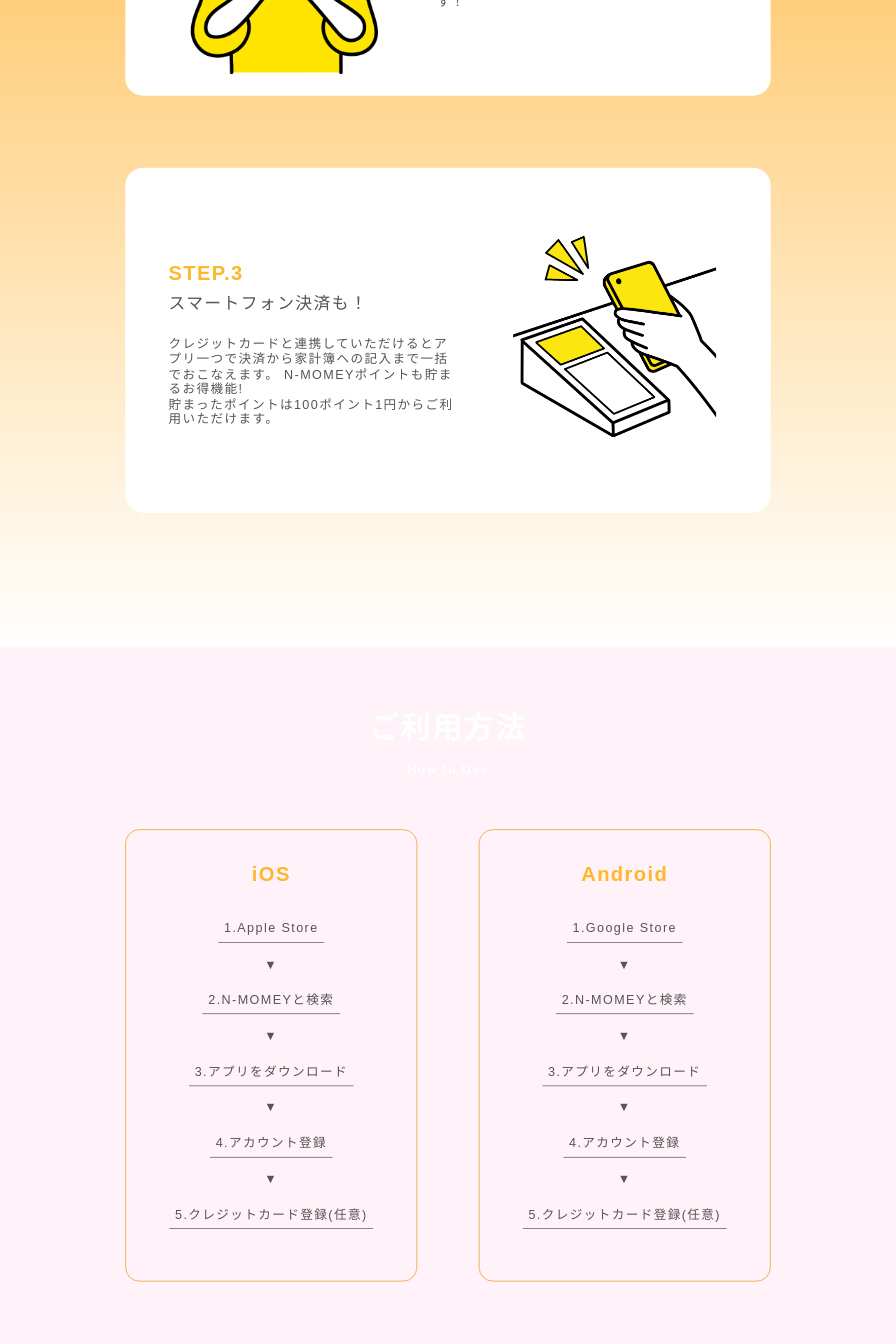
Repository: nozomi-23/lp2_test
Page: index.html
An editor plug-in stored every save of this project. The page is shown before and after the next save, followed by the edit.
The browser window is 1280 px wide. The pictures show the part of the page from y = 2254 to 4174 px (the page is 4174 px tall before and 4142 px after), at 70% of full size.
Some web fonts or font styles are not loaded; a fallback is used.

Above is the page before, as saved 2022-06-18 15:50:17.

After the next save:
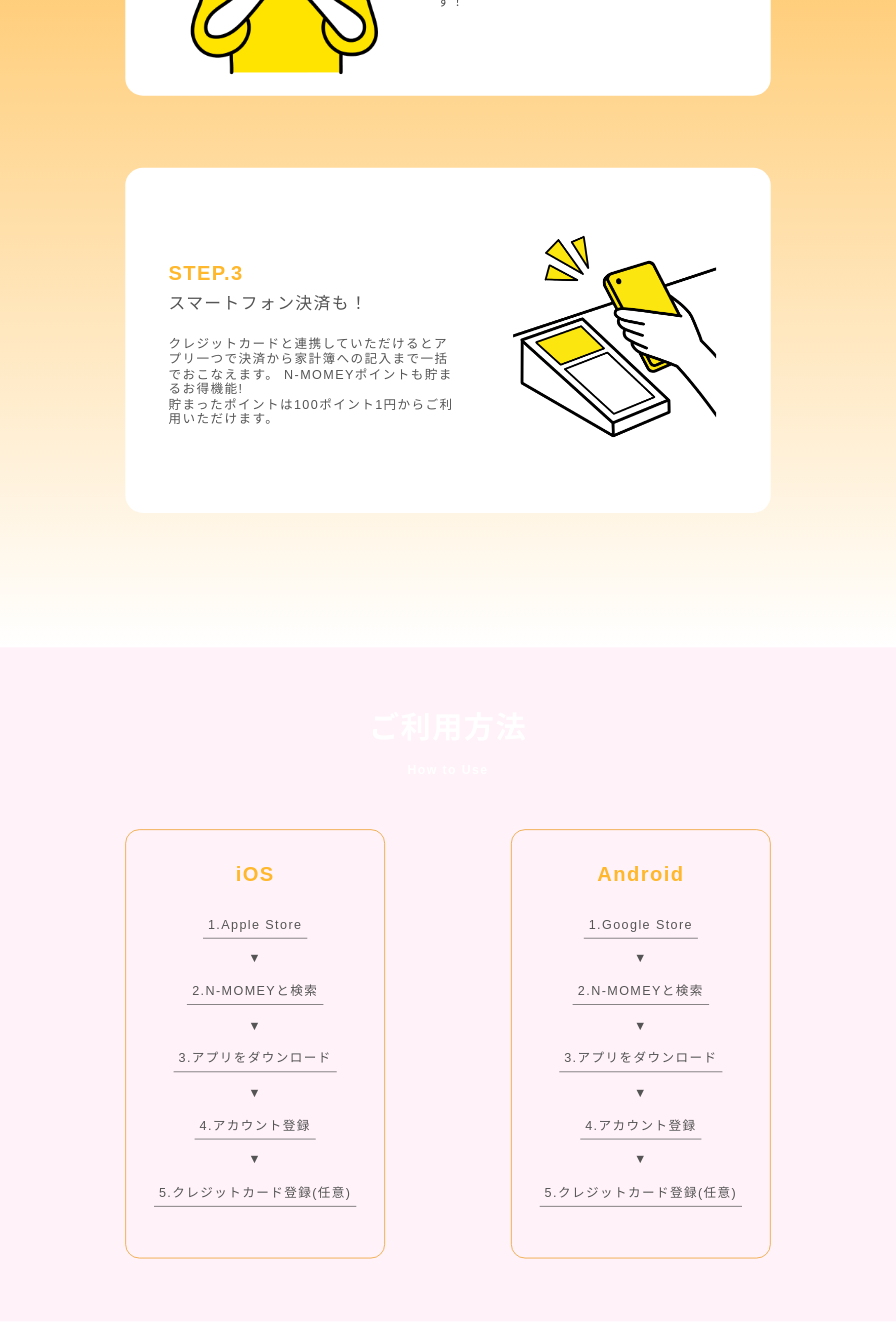
Saved 13 s later.
--- a/css/common.css
+++ b/css/common.css
@@ -225,7 +225,7 @@ how
   justify-content: space-between;
 }
 .how_wrapper_item {
-  width: 45%;
+  width: 40%;
   text-align: center;
   border: 1px solid #EB9515;
   border-radius: 20px;
